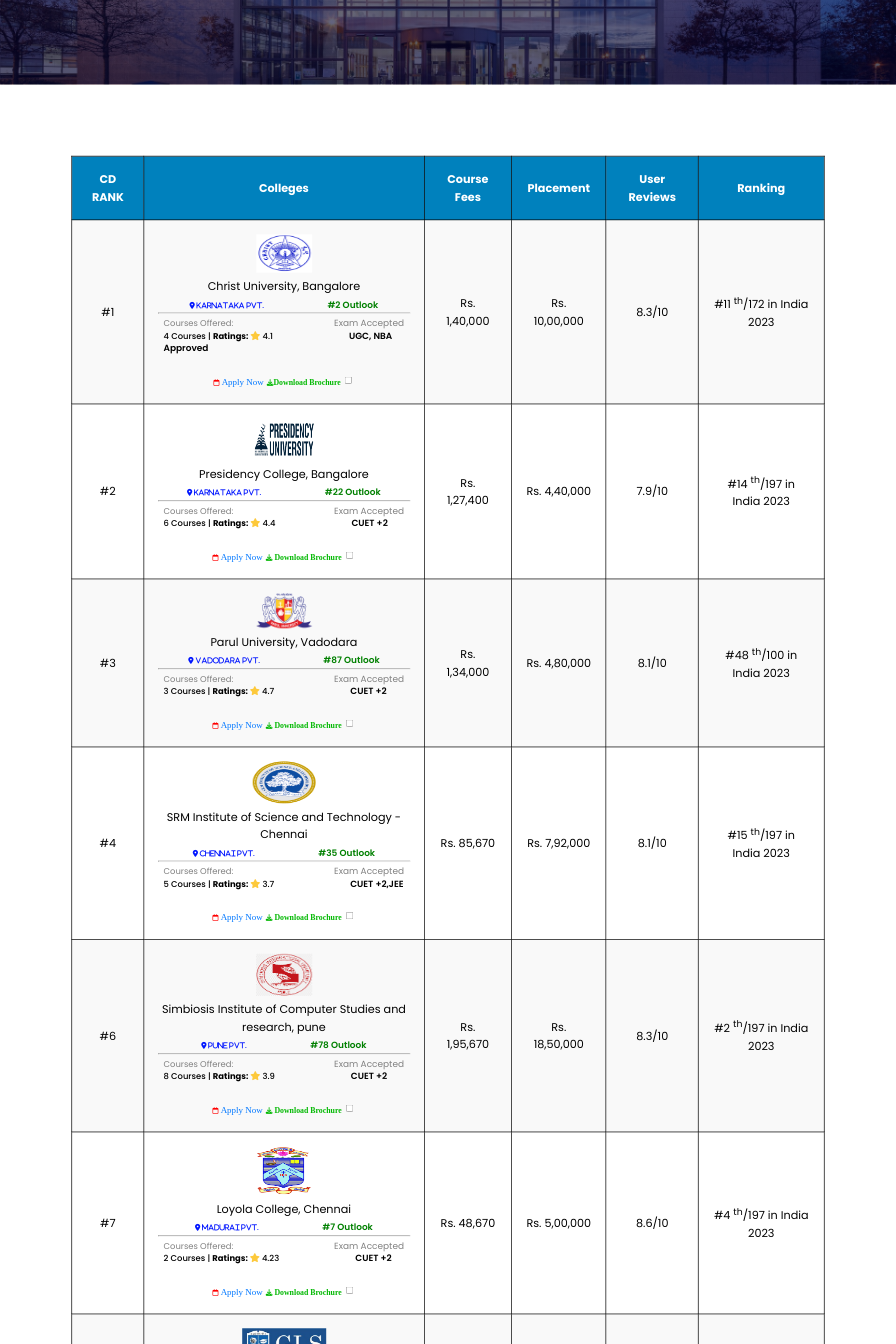
Repository: NamanSahu09/VidyaPreet-Ed-Tech-Website
Page: bca.html
An editor plug-in stored every save of this project. The page is shown before and after the next save, followed by the edit.
The browser window is 1280 px wide. The pictures show the part of the page from y = 311 to 2231 px (the page is 3679 px tall before and 3838 px after), at 70% of full size.
Some web libraries are served in a nearby version.

Above is the page before, as saved 2024-04-15 01:01:38.

After the next save:
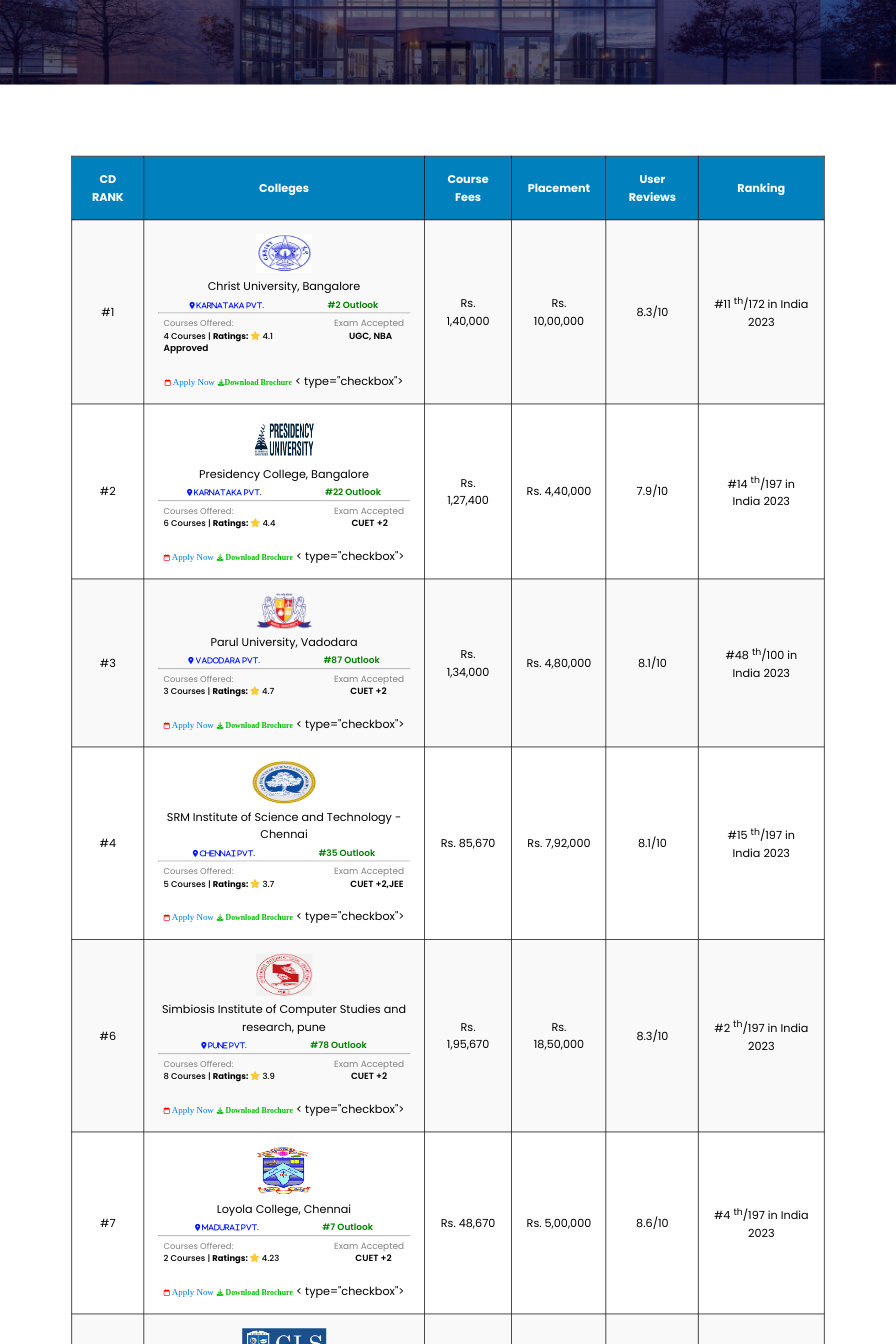
Saved 37 s later.
--- a/bca.html
+++ b/bca.html
@@ -59,12 +59,12 @@
 
 
       <strong>Log In</strong>
-      <!-- inputs -->
+      <!-- s -->
       <form >
-        <input type="email" placeholder="Example@gmail.com" name="email" required>
-        <input type="password" placeholder="Password" name="password" required>
+        < type="email" placeholder="Example@gmail.com" name="email" required>
+        < type="password" placeholder="Password" name="password" required>
         <!-- submit-btn -->
-        <input type="submit" value="Log In">
+        < type="submit" value="Log In">
       </form>
 
       <!-- Forget-and-signup -->
@@ -89,13 +89,13 @@
 
 
       <strong>Sign In</strong>
-      <!-- inputs -->
+      <!-- s -->
       <form >
-        <input type="text" placeholder="Full Name" name="fullname" required>
-        <input type="email" placeholder="Example@gmail.com" name="email" required>
-        <input type="password" placeholder="Password" name="password" required>
+        < type="text" placeholder="Full Name" name="fullname" required>
+        < type="email" placeholder="Example@gmail.com" name="email" required>
+        < type="password" placeholder="Password" name="password" required>
         <!-- submit-btn -->
-        <input type="submit" value="Sign Up">
+        < type="submit" value="Sign Up">
       </form>
 
       <!-- Forget-and-signup -->
@@ -167,7 +167,7 @@
 
 	<i class="fa-regular fa-calendar" align="left"><a href="https://christuniversity.in/"> Apply Now </a></i>
 	<i class="fa-solid fa-download"><a href="js files/st_stephens.pdf" download>Download Brochure</a></i>
-	<input type="checkbox"><span></span>
+	< type="checkbox"><span></span>
 
 
 
@@ -216,7 +216,7 @@
 
 	<i class="fa-regular fa-calendar" align="left"><a href="https://presidencycollege.ac.in/?id=1"> Apply Now </a></i>
 	<i class="fa-solid fa-download" ><a href=""> Download Brochure </a></i>
-	<input type="checkbox"><span></span>
+	< type="checkbox"><span></span>
 
 		</td>
 	<td>Rs. 1,27,400</td>
@@ -260,7 +260,7 @@
 
 	<i class="fa-regular fa-calendar" align="left"><a href="https://www.ststephens.edu/"> Apply Now </a></i>
 	<i class="fa-solid fa-download" ><a href=""> Download Brochure </a></i>
-	<input type="checkbox"><span></span>
+	< type="checkbox"><span></span>
 	</td>
 
 	<td>Rs. 1,34,000</td>
@@ -307,7 +307,7 @@
 
 	<i class="fa-regular fa-calendar" align="left"><a href="https://www.srmist.edu.in/"> Apply Now </a></i>
 	<i class="fa-solid fa-download" ><a href=""> Download Brochure </a></i>
-	<input type="checkbox"><span></span>
+	< type="checkbox"><span></span>
 
 
 	</td>
@@ -353,7 +353,7 @@
 
 	<i class="fa-regular fa-calendar" align="left"><a href="https://www.sicsr.ac.in/"> Apply Now </a></i>
 	<i class="fa-solid fa-download" ><a href=""> Download Brochure </a></i>
-	<input type="checkbox"><span></span>
+	< type="checkbox"><span></span>
 
 
 
@@ -405,7 +405,7 @@
 
 	<i class="fa-regular fa-calendar" align="left"><a href="https://www.ststephens.edu/"> Apply Now </a></i>
 	<i class="fa-solid fa-download" ><a href=""> Download Brochure </a></i>
-	<input type="checkbox"><span></span>
+	< type="checkbox"><span></span>
 
 
 
@@ -457,7 +457,7 @@
 
 	<i class="fa-regular fa-calendar" align="left"><a href="https://glsid.org"> Apply Now </a></i>
 	<i class="fa-solid fa-download" ><a href=""> Download Brochure </a></i>
-	<input type="checkbox"><span></span>
+	< type="checkbox"><span></span>
 
 
 
@@ -525,7 +525,7 @@
 
 	<i class="fa-regular fa-calendar" align="left"><a href="https://vit.ac.in"> Apply Now </a></i>
 	<i class="fa-solid fa-download" ><a href=""> Download Brochure </a></i>
-	<input type="checkbox"><span></span>
+	< type="checkbox"><span></span>
 
 
 
@@ -585,7 +585,7 @@
 
 	<i class="fa-regular fa-calendar" align="left"><a href="https://www.ibsar.ac.in"> Apply Now </a></i>
 	<i class="fa-solid fa-download" ><a href=""> Download Brochure </a></i>
-	<input type="checkbox"><span></span>
+	< type="checkbox"><span></span>
 
 
 
@@ -671,7 +671,7 @@
 			<p>You can trust us. we only send promo offers.</p>
 
 			<div class="subscribe">
-				<input type="email" placeholder="Your email Address">
+				< type="email" placeholder="Your email Address">
 				<a href="#" class="yellow">SUBSCRIBE</a>
 			</div>
 		</div>
